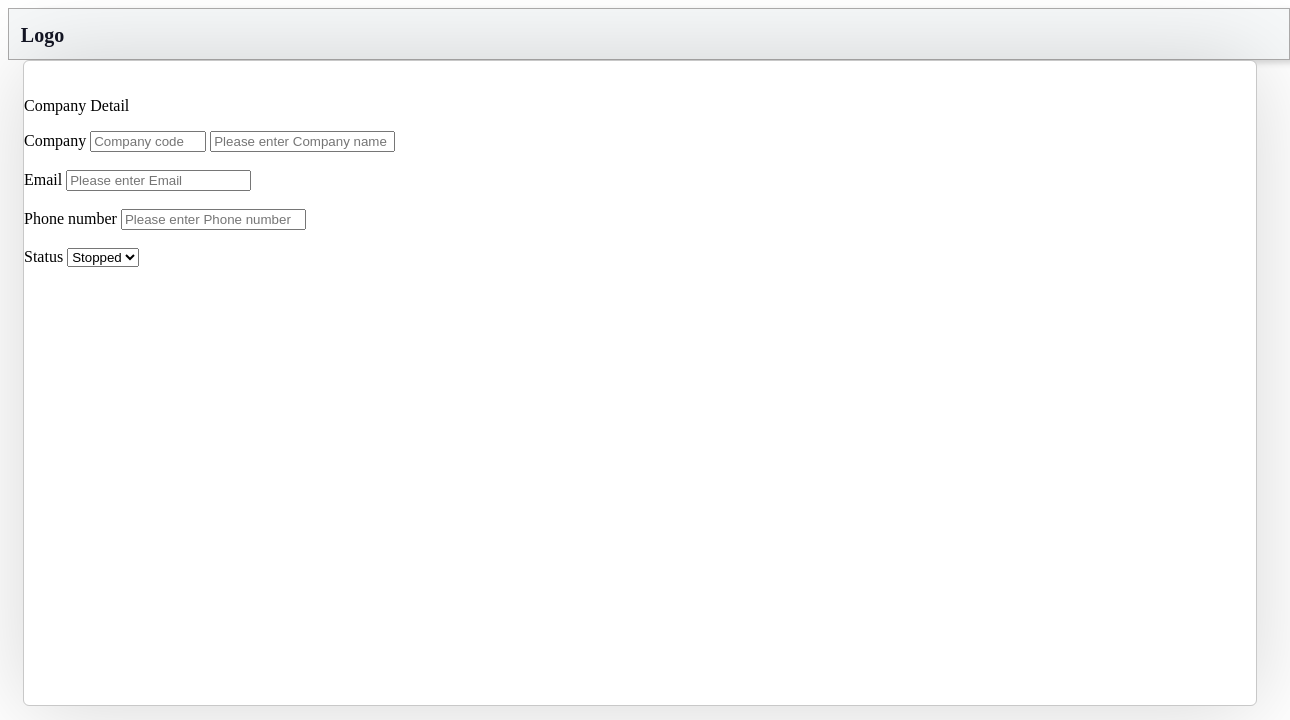
Repository: Zain1409/company
Page: client/html/CompanyDetail.html
The author's editor kept a copy of each file at every save. The page is drawn from the files as they stood at one save, then again after the next save.
The browser window is 1280 px wide. The page is 1290 px wide, so the pictures cover 1290 px, including what lies to the right of the window. The pictures show the whole page.

Above is the page before, as saved 2021-04-04 16:33:41.

### client/html/CompanyDetail.html
<!DOCTYPE html>
<html lang="en">
<head>
    <meta charset="UTF-8">
    <meta http-equiv="X-UA-Compatible" content="IE=edge">
    <meta name="viewport" content="width=device-width, initial-scale=1.0">
    <link rel="stylesheet" href="./../css/CompanyDetail.css">
    <title>Company Detail</title>
</head>
<body>
    <div class="header">
        <p>Logo</p>
    </div>
    <div class="container">
        <div id="content">
            <div id="head">
                <p>Company Detail</p>
            </div>
            <form id="form">
                <label id="properties">Company</label> <input id="code" type="text" placeholder="Company code" style="width: 108px;"> <input id="name" type="text" placeholder="Please enter Company name">
                <br>
                <br>
                <label id="properties">Email</label> <input id="email" type="text" placeholder="Please enter Email" >
                <br>
                <br>
                <label id="properties">Phone number</label> <input id="phone_number" type="text" placeholder="Please enter Phone number" >
                <br>
                <br>
                <label id="properties">Status</label> <select name="" id="form_select">
                    <option value="stopped">Stopped</option>
                    <option value="working">Working</option>
                    <option value="pending">Pending</option>
                    </select>
                </select>
            </form>
        </div>
    </div>
</body>
</html>

### client/css/CompanyDetail.css
.header{
    width: 1280px;
    height: 50px;
    background: #F6F8F9 0% 0% no-repeat padding-box;
    box-shadow: 30px 3px 6px #00000029;
    border: 0.5px solid #ACABAB;
    opacity: 1;
    margin: auto;

}
.header p{
    width: 67px;
    height: 39px;
    text-align: left;
    font-weight: bold;
    font-size: 20px;
    color: #131523;
    opacity: 1;
    text-align: center;
    padding-top: 15px;
    margin: 0;
}
.container{
    width: 1232px;
    height: 624px;
    background: #FFFFFF 0% 0% no-repeat padding-box;
    box-shadow: 0px 3px 90px #00000029;
    border: 0.5px solid #C8C8C8;
    border-radius: 6px;
    opacity: 1;
    padding-top: 20px;
    margin: auto;
}

After the next save:
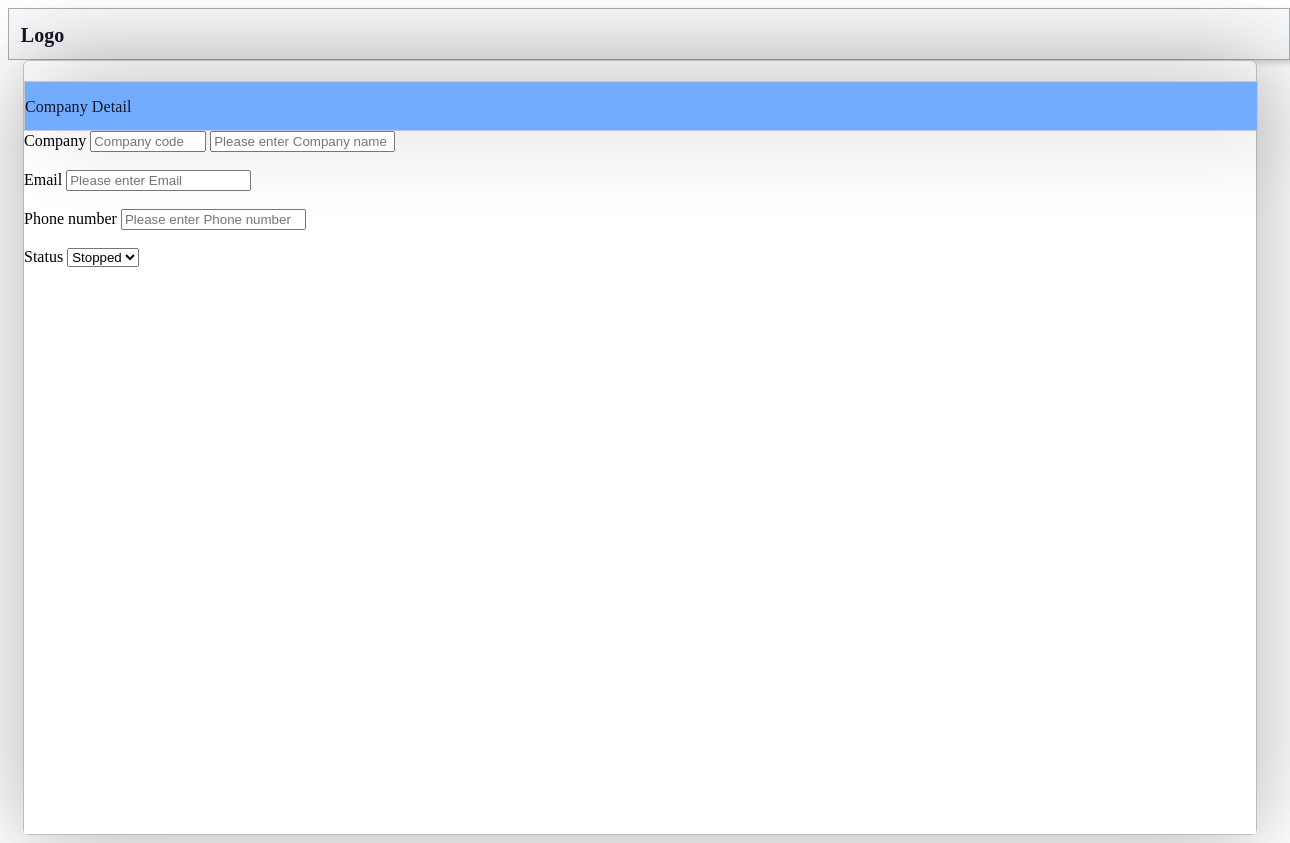
Saved 90 s later.
--- a/client/css/CompanyDetail.css
+++ b/client/css/CompanyDetail.css
@@ -31,3 +31,32 @@
     padding-top: 20px;
     margin: auto;
 }
+.container{
+    margin: auto;
+    width: 1232px;
+    height: auto;
+    padding-top: 20px;
+}
+
+#content{
+    clear: both;
+    width: 1232px;
+    height: 753px;
+    background: #FFFFFF 0% 0% no-repeat padding-box;
+    box-shadow: 0px 3px 90px #00000029;
+    opacity: 1;
+}
+#head{
+    width: 1232px;
+    height: 48px;
+    background: #72ACFF 0% 0% no-repeat padding-box;
+    box-shadow: 30px 3px 90px #00000029;
+    border: 0.5px solid #C8C8C8;
+    opacity: 1;
+}
+#head p{
+    text-align: left;
+    font: normal normal medium 20px/30px Poppins;
+    letter-spacing: 0.08px;
+    color: #131523;
+    opacit
